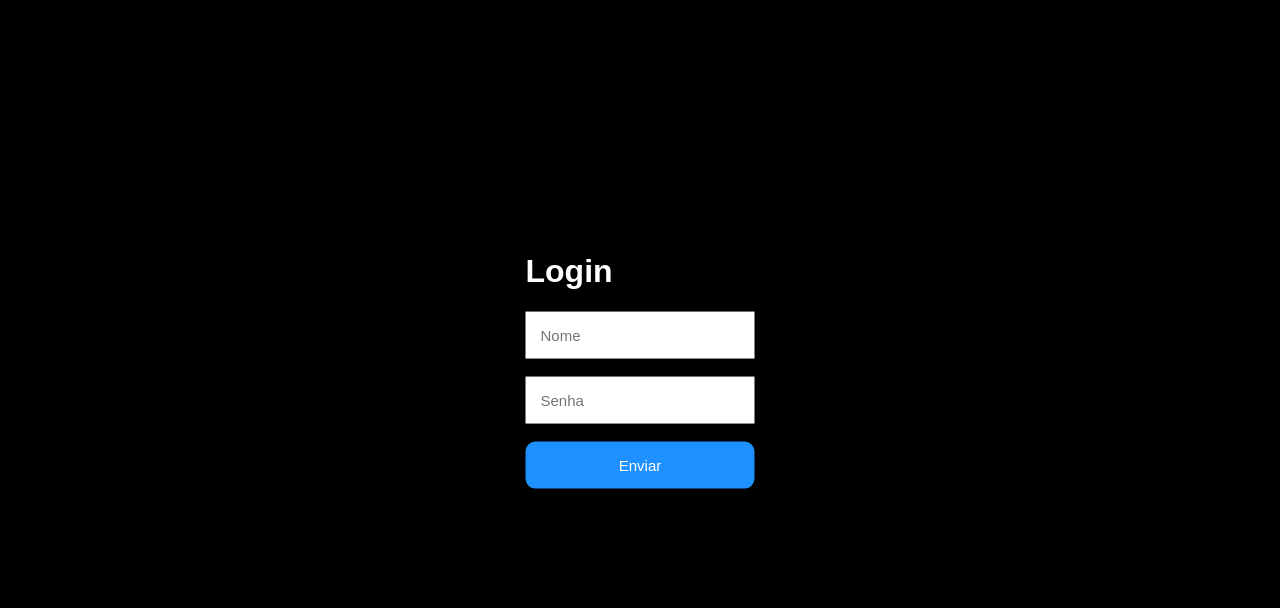
Repository: Vitor4863/Projeto-MetalBull
Page: http://localhost/MetalBull/
These files come from the project's save history. The page is drawn as it stood at one moment and after the next save; the edit follows.
The browser window is 1280 px wide. The pictures show the whole page.
The page is served by Tomcat 9. Other server files are loaded and not shown.

Above is the page before, as saved 2022-06-23 21:38:50.

### MetalBull/src/main/webapp/index.jsp
<%@ page language="java" contentType="text/html; charset=ISO-8859-1"
    pageEncoding="ISO-8859-1"%>
<!DOCTYPE html>
<html>
<head>
<meta charset="ISO-8859-1">
<title>Insert title here</title>
</head>
<body>
 <style>
        body{
            font-family: Arial, Helvetica, sans-serif;
            background-image: linear-gradient(45deg, black, black);
        }
        div{
            background-color: rgba(0, 0, 0, 0.9);
            position: absolute;
            top: 50%;
            left: 50%;
            transform: translate(-50%,-50%);
            padding: 80px;
            border-radius: 15px;
            color: #fff;
        }
        input{
            padding: 15px;
            border: none;
            outline: none;
            font-size: 15px;
        }
        button{
            background-color: dodgerblue;
            border: none;
            padding: 15px;
            width: 100%;
            border-radius: 10px;
            color: white;
            font-size: 15px;

        }
        button:hover{
            background-color: deepskyblue;
            cursor: pointer;
        }
    </style>
</head>
<body>
    <div>
        <h1>Login</h1>
        <input type="text" placeholder="Nome">
        <br><br>
        <input type="password" placeholder="Senha">
        <br><br>
        <button>Enviar</button>
    </div>
</body>
</html>

After the next save:
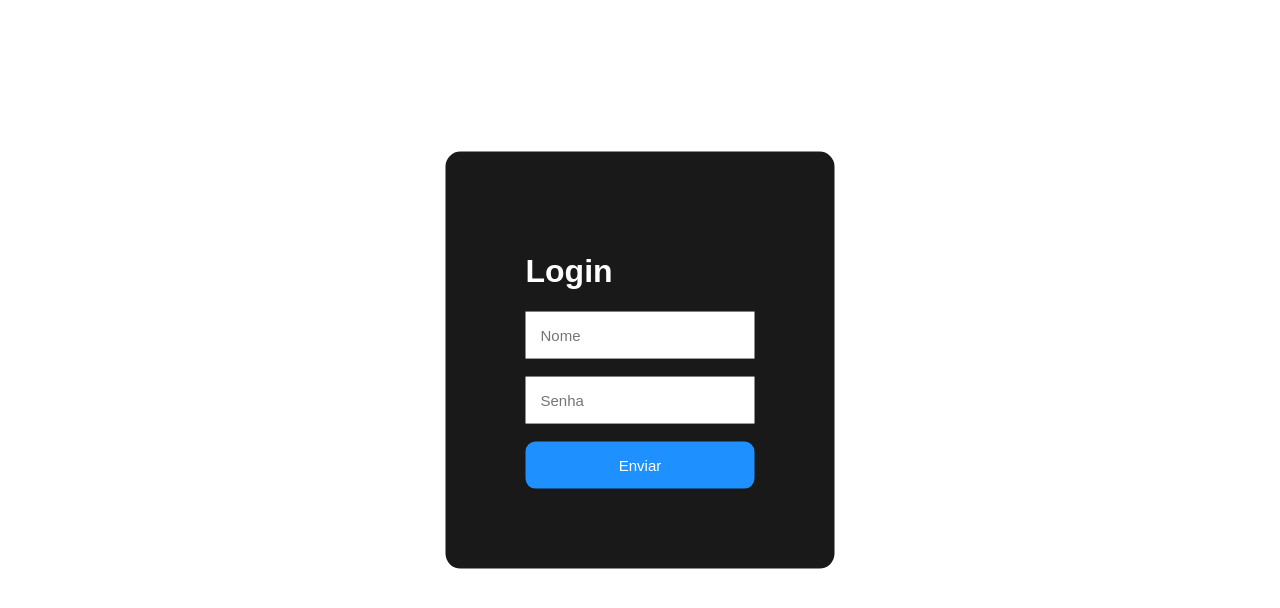
Saved 10 s later.
--- a/MetalBull/src/main/webapp/index.jsp
+++ b/MetalBull/src/main/webapp/index.jsp
@@ -10,7 +10,7 @@
  <style>
         body{
             font-family: Arial, Helvetica, sans-serif;
-            background-image: linear-gradient(45deg, black, black);
+            background-image: linear-gradient(45deg, whith, black);
         }
         div{
             background-color: rgba(0, 0, 0, 0.9);
